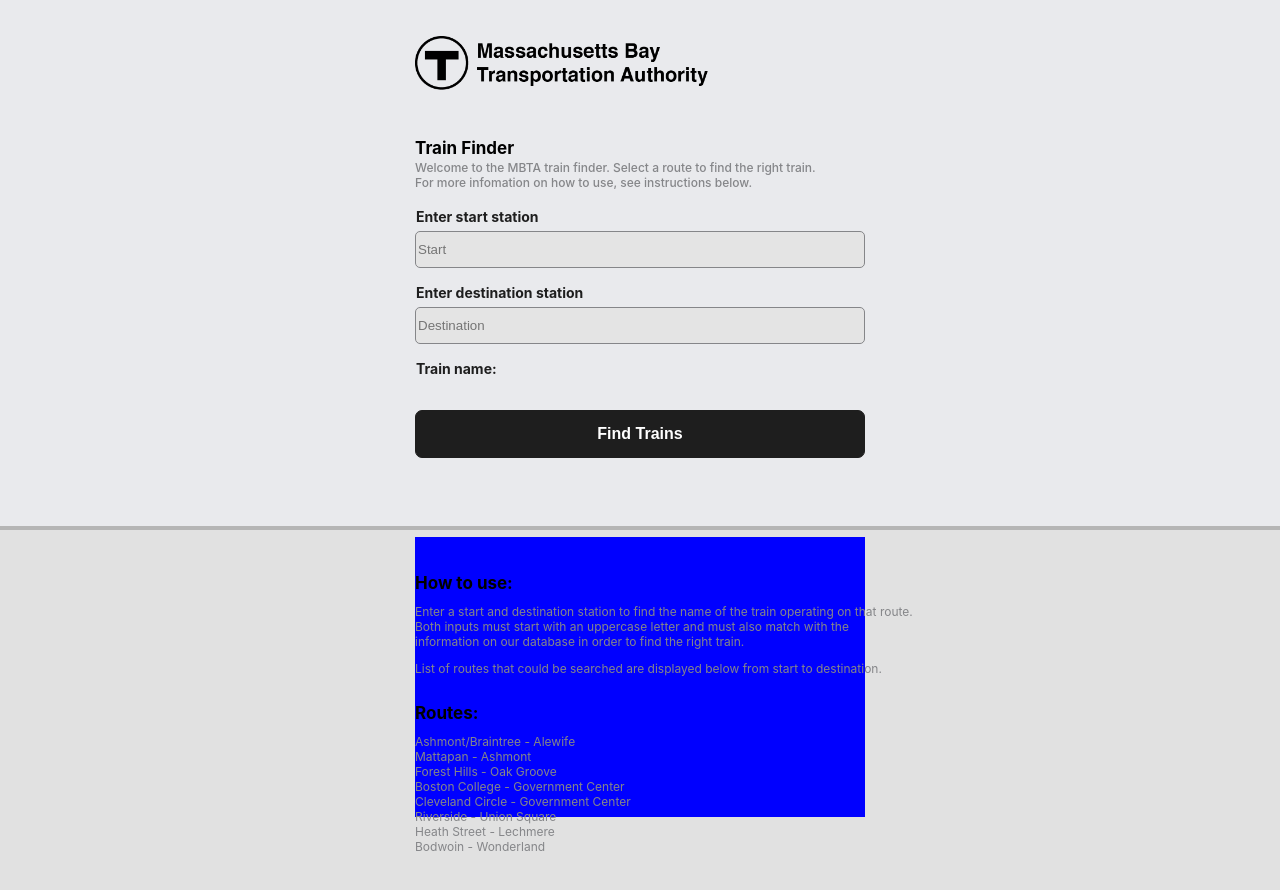
Repository: jumadesigns/mbta-train-finder
Page: / (app in mbta-app/)
These files come from the project's save history. The page is drawn as it stood at one moment and after a run of saves; the edit follows.
The browser window is 1280 px wide. The pictures show the whole page.
The page's requests for data from a server got no answer. The project was rebuilt for these pictures with package versions that can differ from the ones it lists, and the page was loaded fresh each time. No one was signed in, and anything a server would have sent is missing.

Above is the page before, as saved 2022-09-26 21:48:30.

After the next 2 saves:
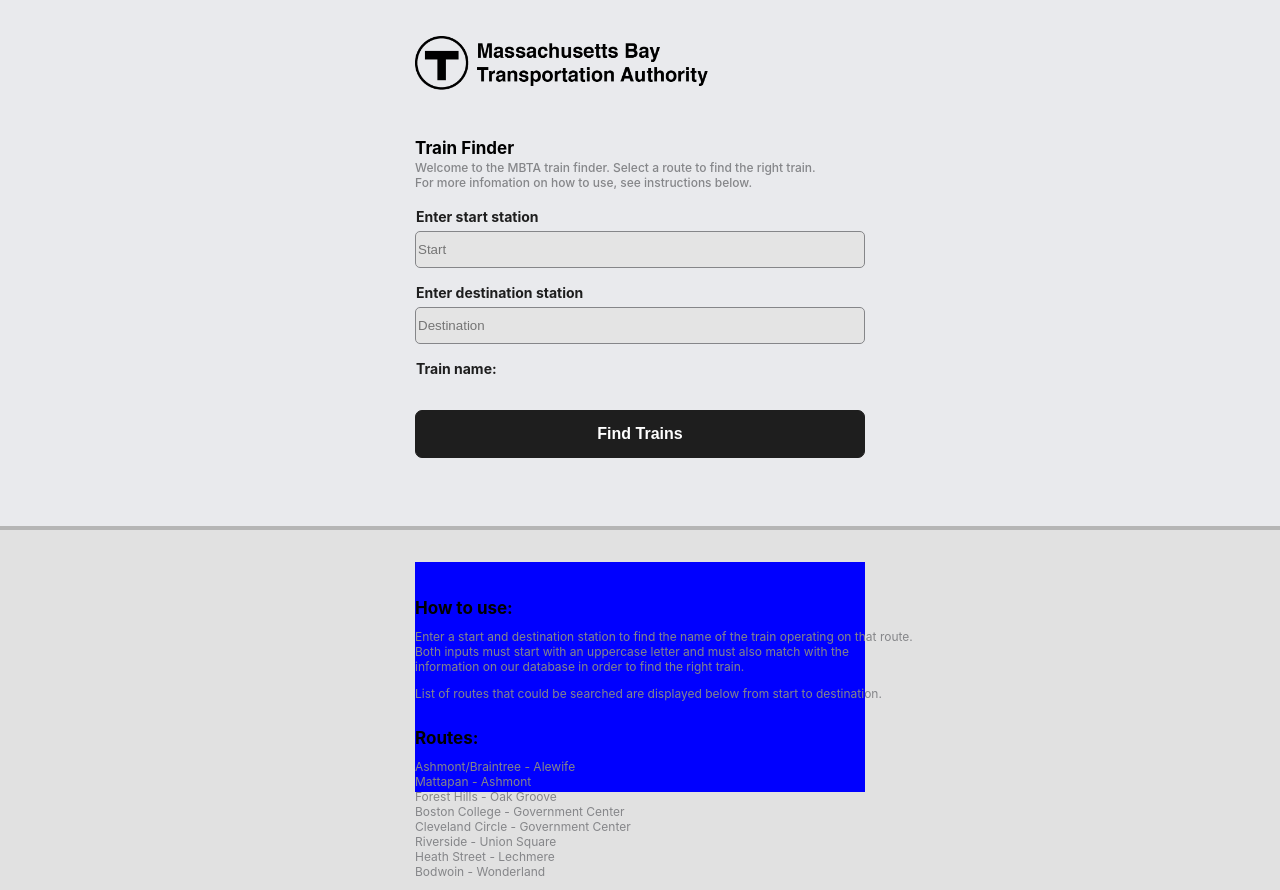
The 2 saves are shown as one change because they came seconds apart.
The last was saved 32 s later.
--- a/mbta-app/src/index.css
+++ b/mbta-app/src/index.css
@@ -127,7 +127,7 @@
 }
 
 .bottom-center-div {
-  height: 280px;
+  height: 230px;
   width: 450px;
   margin-top: -9vh;
   background-color: blue;
